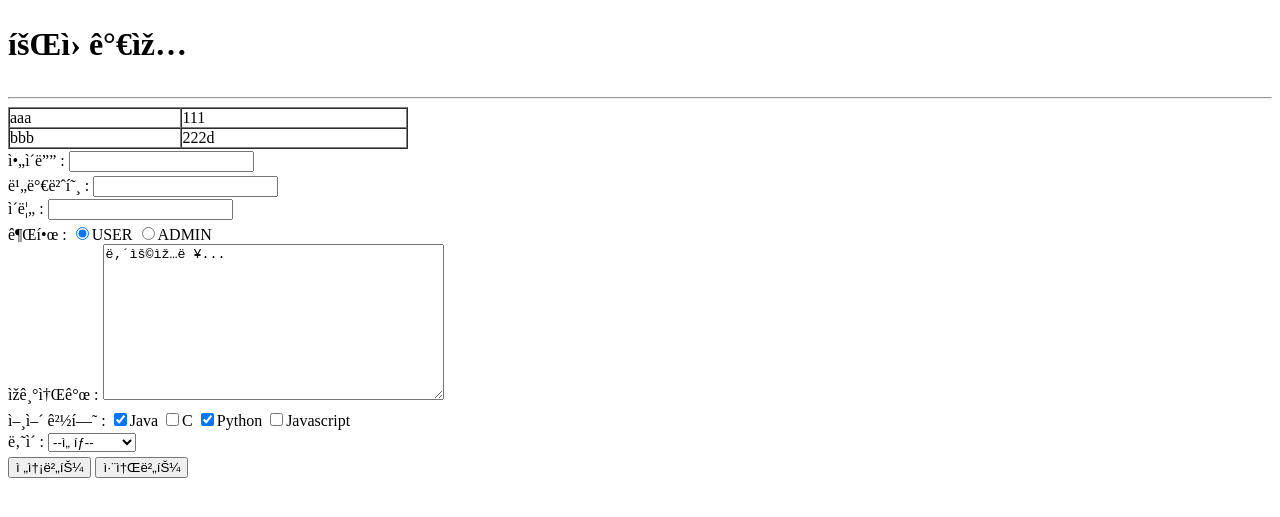
Repository: serim53/JSPStudy
Page: http://localhost/BoardWeb_JSP_/insertUserView.do
An editor plug-in stored every save of this project. The page is shown before and after the next save, followed by the edit.
The browser window is 1280 px wide. The pictures show the whole page.
The page is served by Tomcat 10.

Above is the page before, as saved 2025-07-08 05:01:47.

After the next save:
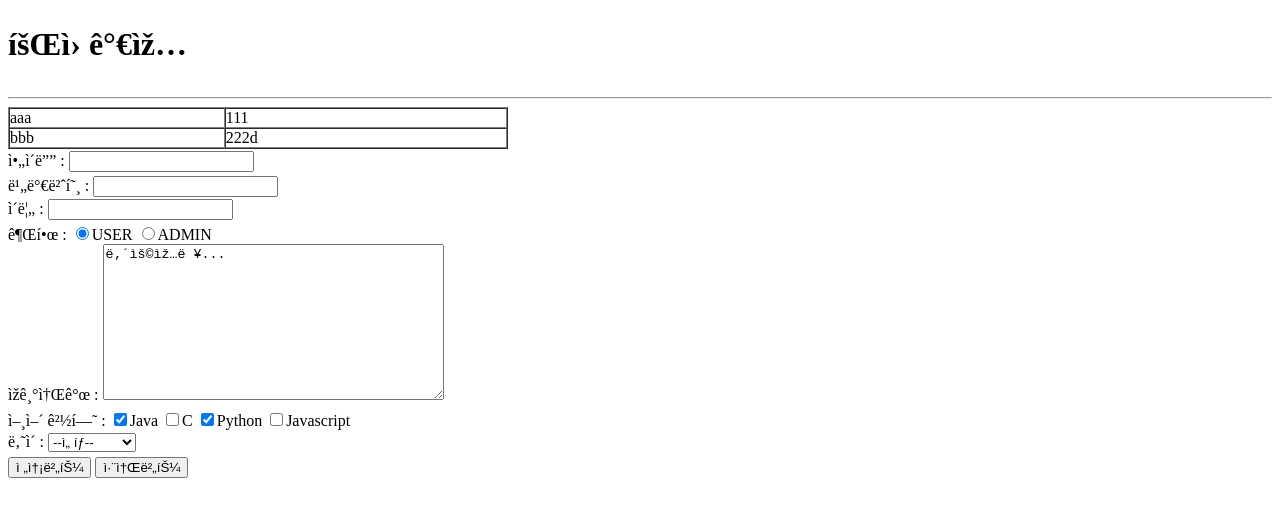
Saved 15 s later.
--- a/BoardWeb(JSP)/src/main/webapp/WEB-INF/board/insertUser.jsp
+++ b/BoardWeb(JSP)/src/main/webapp/WEB-INF/board/insertUser.jsp
@@ -9,7 +9,7 @@
 <hr>
 <form action="insertUser.do" method="get">
 
-<table border="1" cellpadding="0" cellspacing="0" width="400">
+<table border="1" cellpadding="0" cellspacing="0" width="500">
 	<tr><td>aaa</td><td>111</td></tr>
 	<tr><td>bbb</td><td>222d</td></tr>
 </table>
